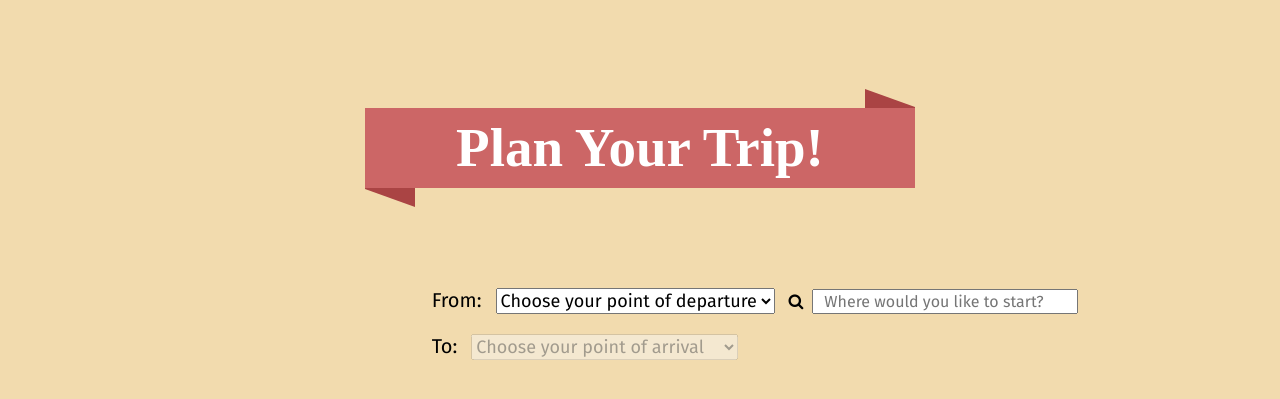
Repository: bbh0607/bae_dNation
Page: public/index.html
These files come from the project's save history. The page is drawn as it stood at one moment and after the next save; the edit follows.
The browser window is 1280 px wide. The pictures show the whole page.
Some web fonts or font styles are not loaded; a fallback is used.

Above is the page before, as saved 2020-02-01 15:44:37.

After the next save:
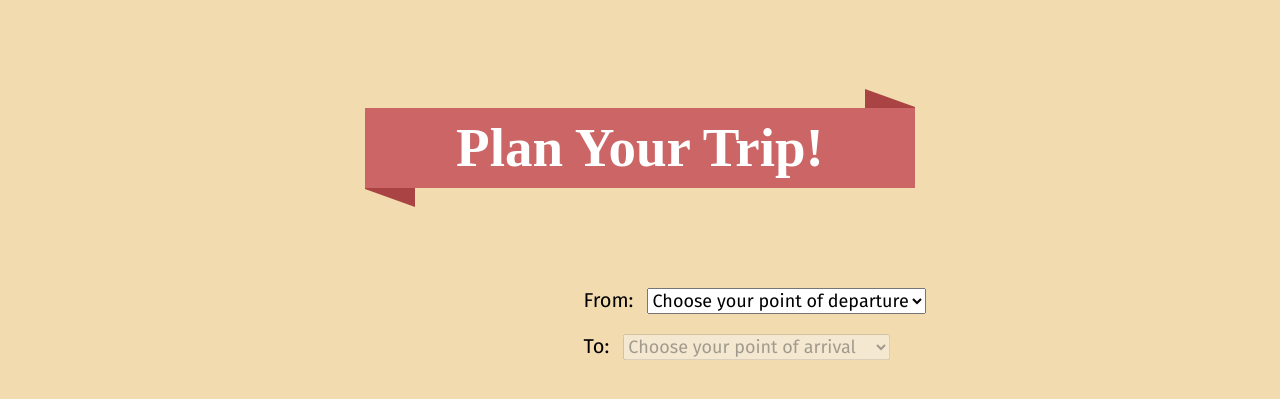
Saved 9 s later.
--- a/public/index.html
+++ b/public/index.html
@@ -21,7 +21,7 @@
             <option value="SENTRAL">KL Sentral</option>
             <option value="OTHER">Other..</option>
           </select>
-          <i>
+          <i class="fromSearch" hidden>
             <i class="fa fa-search icon"></i>
             <input type="text" name="search" placeholder="Where would you like to start?">
           </i>
